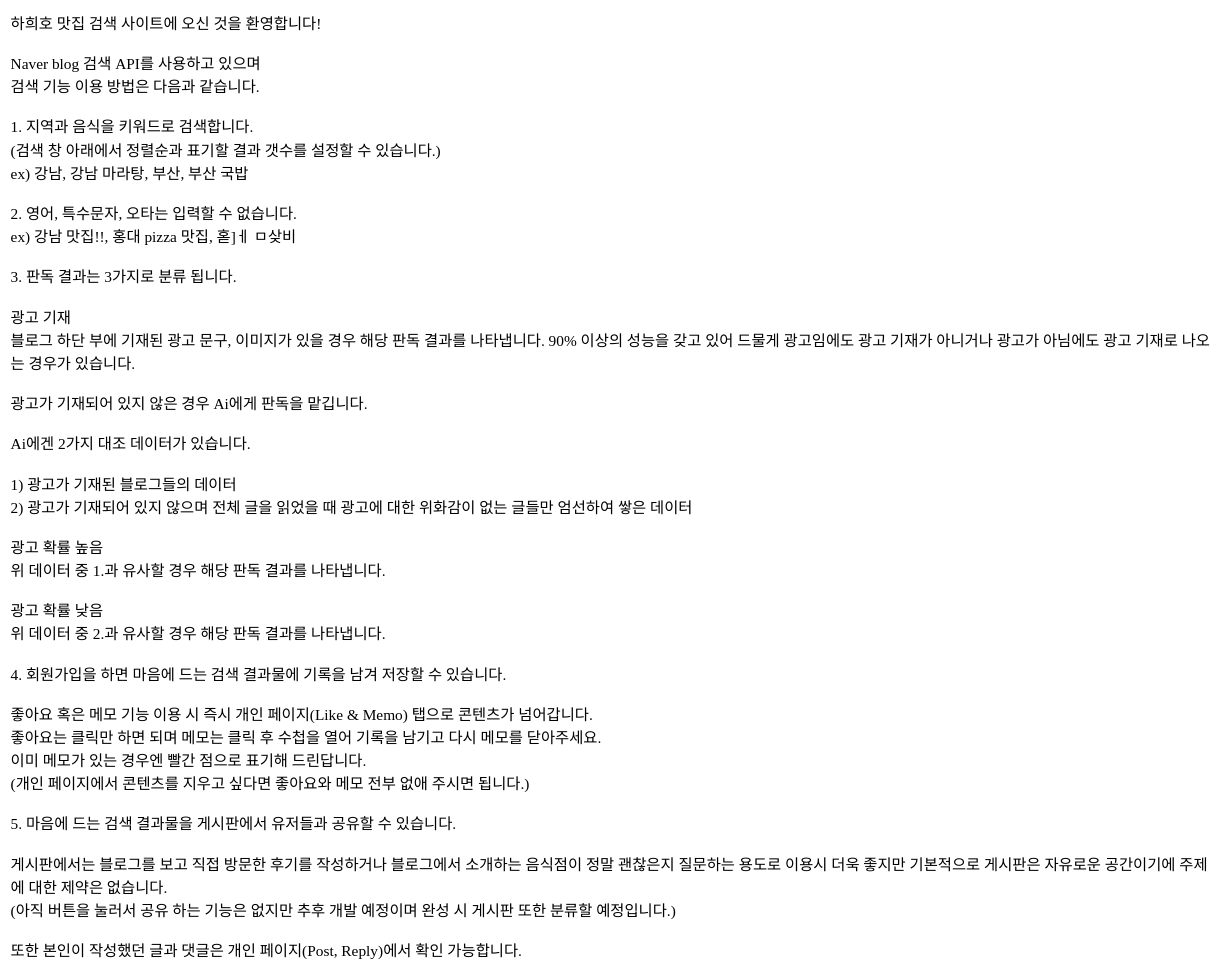
Repository: GOHO97/Haheeho
Page: http://localhost/Haheeho_Adblock/WEB-INF/views/main/main.jsp
The author's editor kept a copy of each file at every save. The page is drawn from the files as they stood at one save, then again after the next save.
The browser window is 1280 px wide. The pictures show the whole page, at 96% of full size.
The page is served by Tomcat 9. Nobody is signed in. Other server files are loaded and not shown. The template is opened directly, without the code that normally fills it, so the values that code supplies are empty.

Above is the page before, as saved 2022-11-11 05:09:02.

### Haheeho_Adblock/src/main/webapp/WEB-INF/views/main/main.jsp
<%@ page language="java" contentType="text/html; charset=UTF-8"
	pageEncoding="UTF-8"%>
<%@ taglib prefix="c" uri="http://java.sun.com/jsp/jstl/core"%>
<!DOCTYPE html>
<html>
<head>
<meta charset="UTF-8">
<title>Insert title here</title>
</head>
<body>
		<div id="mainSearchResultDiv" style="display: none;"></div>
		<table>
			<tr>
				<td>
					하희호 맛집 검색 사이트에 오신 것을 환영합니다!<br>
					<br>
					Naver blog 검색 API를 사용하고 있으며<br>
					검색 기능 이용 방법은 다음과 같습니다.<br>
					<br>
					1. 지역과 음식을 키워드로 검색합니다.<br>
					(검색 창 아래에서 정렬순과 표기할 결과 갯수를 설정할 수 있습니다.)<br>
					ex) 강남, 강남 마라탕, 부산, 부산 국밥<br>
					<br>
					2. 영어, 특수문자, 오타는 입력할 수 없습니다.<br>
					ex) 강남 맛집!!, 홍대 pizza 맛집, 혿]ㅔ ㅁ샂비<br>
					<br>
					3. 판독 결과는 3가지로 분류 됩니다.<br>
					<br>
					광고 기재<br>
					블로그 하단 부에 기재된 광고 문구, 이미지가 있을 경우 해당 판독 결과를 나타냅니다. 90% 이상의 성능을 갖고 있어 드물게 광고임에도 광고 기재가 아니거나 광고가 아님에도 광고 기재로 나오는 경우가 있습니다.<br>
					<br>
					광고가 기재되어 있지 않은 경우 Ai에게 판독을 맡깁니다.<br>
					<br>
					Ai에겐 2가지 대조 데이터가 있습니다.<br>
					<br>
					1) 광고가 기재된 블로그들의 데이터<br>
					2) 광고가 기재되어 있지 않으며 전체 글을 읽었을 때 광고에 대한 위화감이 없는 글들만 엄선하여 쌓은 데이터<br>
					<br>
					광고 확률 높음<br>
					위 데이터 중 1.과 유사할 경우 해당 판독 결과를 나타냅니다.<br>
					<br>
					광고 확률 낮음<br>
					위 데이터 중 2.과 유사할 경우 해당 판독 결과를 나타냅니다.<br>
					<br>
					4. 회원가입을 하면 마음에 드는 검색 결과물에 기록을 남겨 저장할 수 있습니다.<br>
					<br>
					좋아요 혹은 메모 기능 이용 시 즉시 개인 페이지(Like & Memo) 탭으로 콘텐츠가 넘어갑니다.<br>
					좋아요는 클릭만 하면 되며 메모는 클릭 후 수첩을 열어 기록을 남기고 다시 메모를 닫아주세요.<br>
					이미 메모가 있는 경우엔 빨간 점으로 표기해 드린답니다.<br>
					(개인 페이지에서 콘텐츠를 지우고 싶다면 좋아요와 메모 전부 없애 주시면 됩니다.)<br>
					<br>
					5. 마음에 드는 검색 결과물을 게시판에서 유저들과 공유할 수 있습니다.<br>
					<br>
					게시판에서는 블로그를 보고 직접 방문한 후기를 작성하거나 블로그에서 소개하는 음식점이 정말 괜찮은지 질문하는 용도로 이용시 더욱 좋지만 기본적으로 게시판은 자유로운 공간이기에 주제에 대한 제약은 없습니다.<br>
					(아직 버튼을 눌러서 공유 하는 기능은 없지만 추후 개발 예정이며 완성 시 게시판 또한 분류할 예정입니다.)<br>
					<br>
					또한 본인이 작성했던 글과 댓글은 개인 페이지(Post, Reply)에서 확인 가능합니다.
				</td>
			</tr>
		</table>
		<table id="postArea" >
			<tr>
				<td>
					<c:forEach var="p" begin="0" end="100">
						<table id="post${p }" class="posts" style="display: none;">
							<tr>
								<td class="adAlertTd" align="center" id="postLabel${p }">
									판독중
								</td>
								<td class="imgTd" align="left">
									<img id="postImg${p }" src="resources/img/ready.PNG" class="photo">
								</td>
								<td></td>
								<td></td>
							</tr>
							<tr>
								<td class="mpTitle" colspan="4" align="center" class="blogName">
									<a id="postBlogName${p }"></a>
								</td>
							</tr>
							<tr>
								<td class="mpDate" colspan="4" align="right" id="postDate${p }">
								</td>
							</tr>
							<tr>
								<td class="mpContent" colspan="4"  id="postContent${p }">
								</td>
							</tr>
							<tr>
								<td class="mptd" colspan="2">
									<textarea class="memo" id="memo${p }" style="display: none;"></textarea>
								</td>
								<td class="mpMemo" align="right">
									<img src="resources/img/closeMemo.png" onclick="clickMemoButton(${p })" id="memoButton${p }" style="max-width: 70px;">
								</td>
								<td class="mpHeart" align="right">
									<img onclick="clickLikeUpButton(this.id)" id="${p }" class="likeButton"
										src="resources/img/emptyHeart.PNG" style="max-width: 50px;">
									<span id="likeCount${p }"></span>
								</td>
							</tr>
						</table>
					</c:forEach>
				</td>
			</tr>
		</table>
</body>

After the next save:
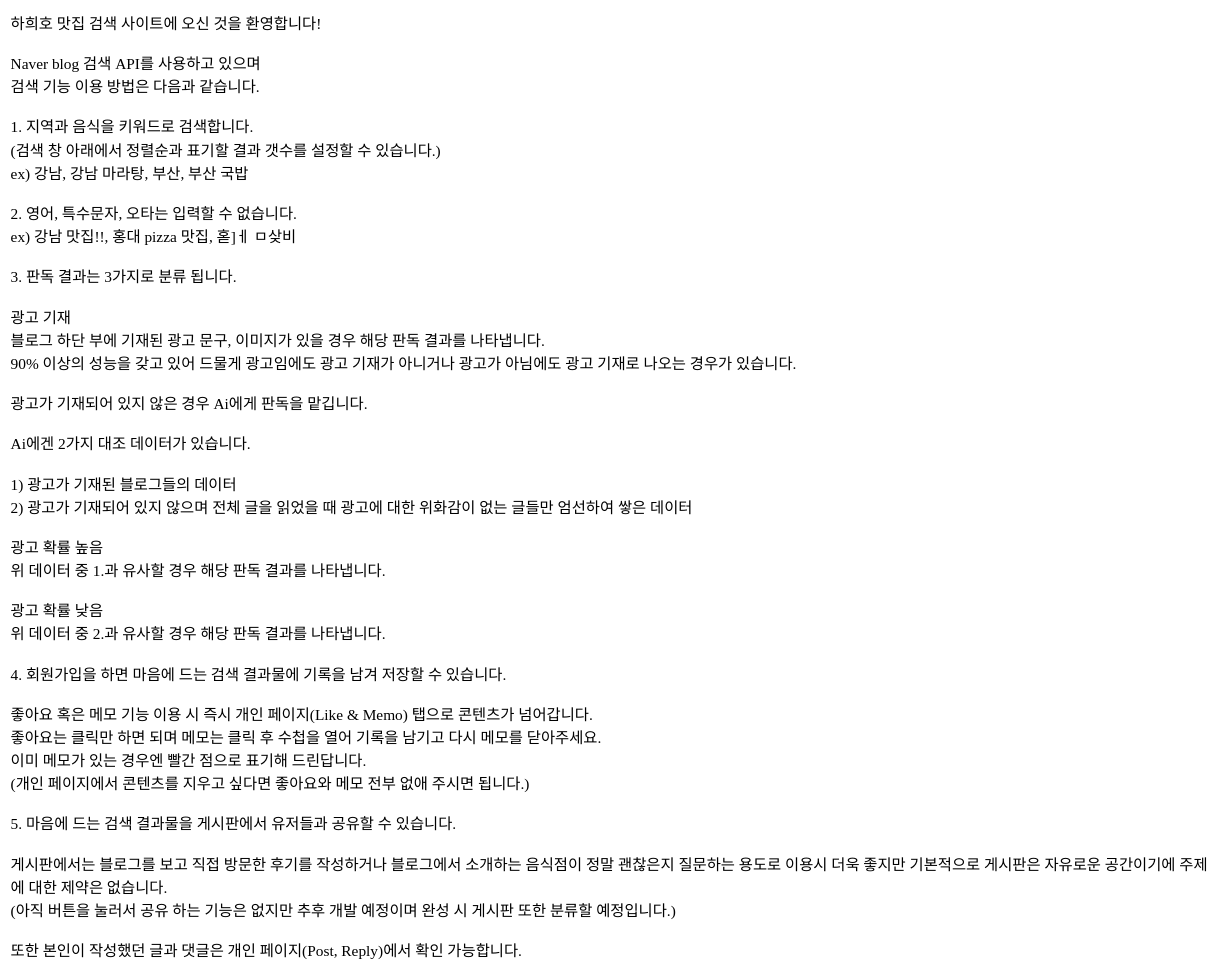
Saved 56 s later.
--- a/Haheeho_Adblock/src/main/webapp/WEB-INF/views/main/main.jsp
+++ b/Haheeho_Adblock/src/main/webapp/WEB-INF/views/main/main.jsp
@@ -27,7 +27,8 @@
 					3. 판독 결과는 3가지로 분류 됩니다.<br>
 					<br>
 					광고 기재<br>
-					블로그 하단 부에 기재된 광고 문구, 이미지가 있을 경우 해당 판독 결과를 나타냅니다. 90% 이상의 성능을 갖고 있어 드물게 광고임에도 광고 기재가 아니거나 광고가 아님에도 광고 기재로 나오는 경우가 있습니다.<br>
+					블로그 하단 부에 기재된 광고 문구, 이미지가 있을 경우 해당 판독 결과를 나타냅니다.<br>
+					90% 이상의 성능을 갖고 있어 드물게 광고임에도 광고 기재가 아니거나 광고가 아님에도 광고 기재로 나오는 경우가 있습니다.<br>
 					<br>
 					광고가 기재되어 있지 않은 경우 Ai에게 판독을 맡깁니다.<br>
 					<br>
